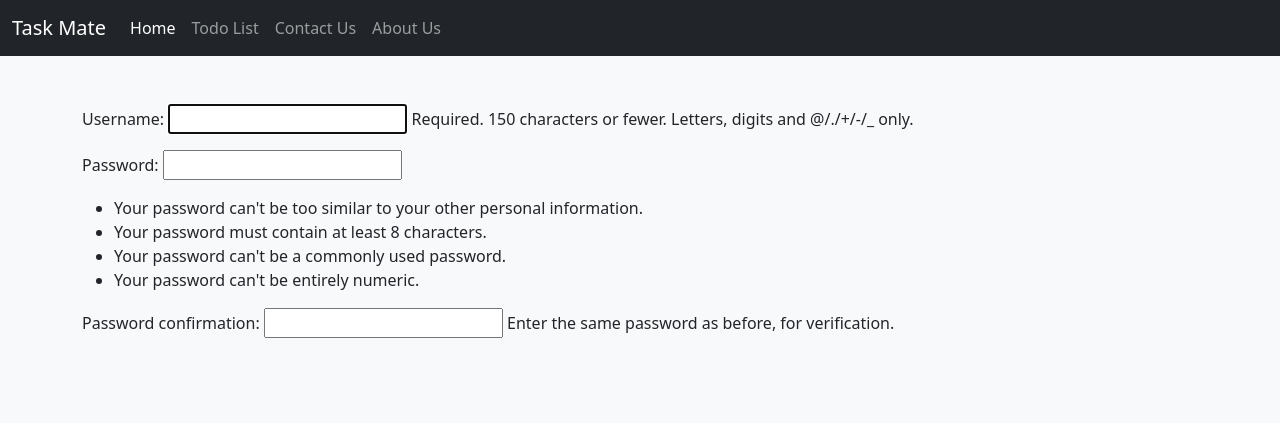
Repository: itathagata/Registration_System
Page: http://localhost/account/register
These files come from the project's save history. The page is drawn as it stood at one moment and after the next save; the edit follows.
The browser window is 1280 px wide. The pictures show the whole page.
The page is served by the project's application, run on Django 2.2 (manage.py). Other server files are loaded and not shown.

Above is the page before, as saved 2021-06-05 21:09:46.

### users_app/views.py
from django.shortcuts import render
from django.contrib.auth.forms import UserCreationForm
def register(request):
    register_form = UserCreationForm()
    return render(request,'register.html',{'register_form':register_form})

### users_app/templates/register.html
{% extends 'base.html' %}
{% block title %}
<title>Register</title>
{% endblock title %}

{% block content %}
    <div class="container">

        <form method="POST" class="mt-5">
            {% csrf_token %}

            {{ register_form.as_p }}

        </form>

    </div>
{% endblock content %}

### templates/base.html

{% load static %}
<!doctype html>
<html lang="en">
  <head>
    <!-- Required meta tags -->
    <meta charset="utf-8">
    <meta name="viewport" content="width=device-width, initial-scale=1">

    <!-- Bootstrap CSS -->
    <link href="https://cdn.jsdelivr.net/npm/bootstrap@5.0.1/dist/css/bootstrap.min.css" rel="stylesheet" integrity="sha384-+0n0xVW2eSR5OomGNYDnhzAbDsOXxcvSN1TPprVMTNDbiYZCxYbOOl7+AMvyTG2x" crossorigin="anonymous">
    <link rel="icon" href="{% static 'images/favicon.ico' %}" type="images/gif" sizes="16x16">
    {% block title %}
    {% endblock title %}
    <nav class="navbar navbar-expand-lg navbar-dark bg-dark">
  <div class="container-fluid">
    <a class="navbar-brand" href="{% url 'index'%}">Task Mate</a>
    <button class="navbar-toggler" type="button" data-bs-toggle="collapse" data-bs-target="#navbarNavAltMarkup" aria-controls="navbarNavAltMarkup" aria-expanded="false" aria-label="Toggle navigation">
      <span class="navbar-toggler-icon"></span>
    </button>
    <div class="collapse navbar-collapse" id="navbarNavAltMarkup">
      <div class="navbar-nav">
        <a class="nav-link active" aria-current="page" href="{% url 'index'%}">Home</a>
        <a class="nav-link" href="{% url 'todolist'%}">Todo List</a>
        <a class="nav-link" href="{% url 'contact'%}">Contact Us</a>
        <a class="nav-link" href="{% url 'about'%}">About Us</a>
      </div>
    </div>
  </div>
</nav>
  </head>
  <body class="bg-light">
  {% block content %}{% endblock content %}
    <script src="https://cdn.jsdelivr.net/npm/bootstrap@5.0.1/dist/js/bootstrap.bundle.min.js" integrity="sha384-gtEjrD/SeCtmISkJkNUaaKMoLD0//ElJ19smozuHV6z3Iehds+3Ulb9Bn9Plx0x4" crossorigin="anonymous"></script>
  </body>
</html>

### taskmate/urls.py

from django.contrib import admin
from django.urls import path, include
from todolist_app import views as todolist_views
urlpatterns = [
    path('admin/', admin.site.urls),
    path('', todolist_views.index, name='index'),
    path('todolist', include('todolist_app.urls')),
    path('account/', include('users_app.urls')),
    path('contact', todolist_views.contact, name='contact'),
    path('about-us', todolist_views.about, name='about'),
]

### todolist_app/urls.py
from todolist_app import views
from django.urls import path
urlpatterns = [
    path('/', views.todolist, name='todolist'),
    path('/delete/<task_id>', views.delete_task, name='delete_task'),
    path('/edit/<task_id>', views.edit_task, name='edit_task'),
    path('/complete/<task_id>', views.complete_task, name='complete_task'),
    path('/pending/<task_id>', views.pending_task, name='pending_task'),


]

### users_app/urls.py
from users_app import views
from django.urls import path

urlpatterns = [
    path('register', views.register, name='register'),
]

After the next save:
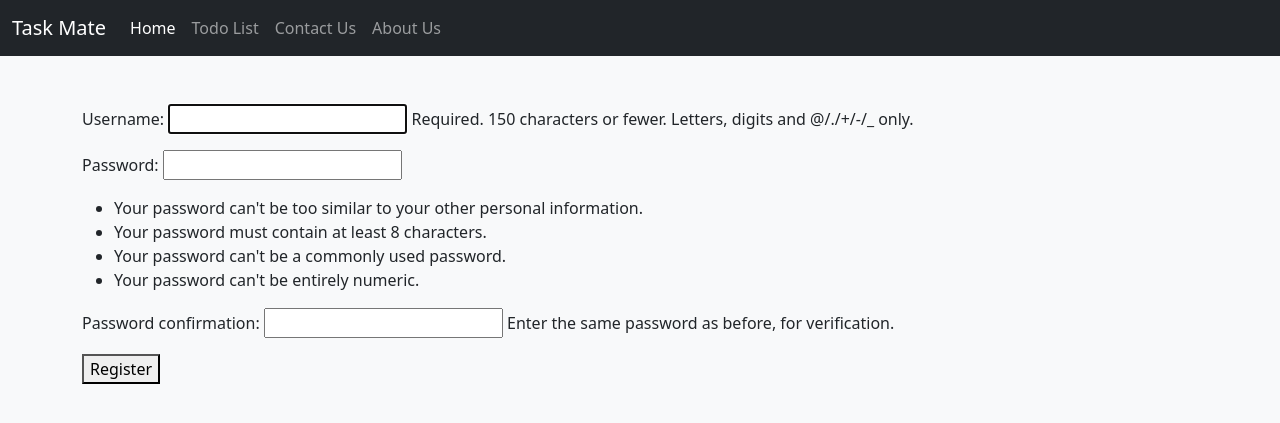
Saved 63 s later.
--- a/users_app/templates/register.html
+++ b/users_app/templates/register.html
@@ -11,6 +11,8 @@
 
             {{ register_form.as_p }}
 
+            <button type="submit">Register</button>
+
         </form>
 
     </div>
